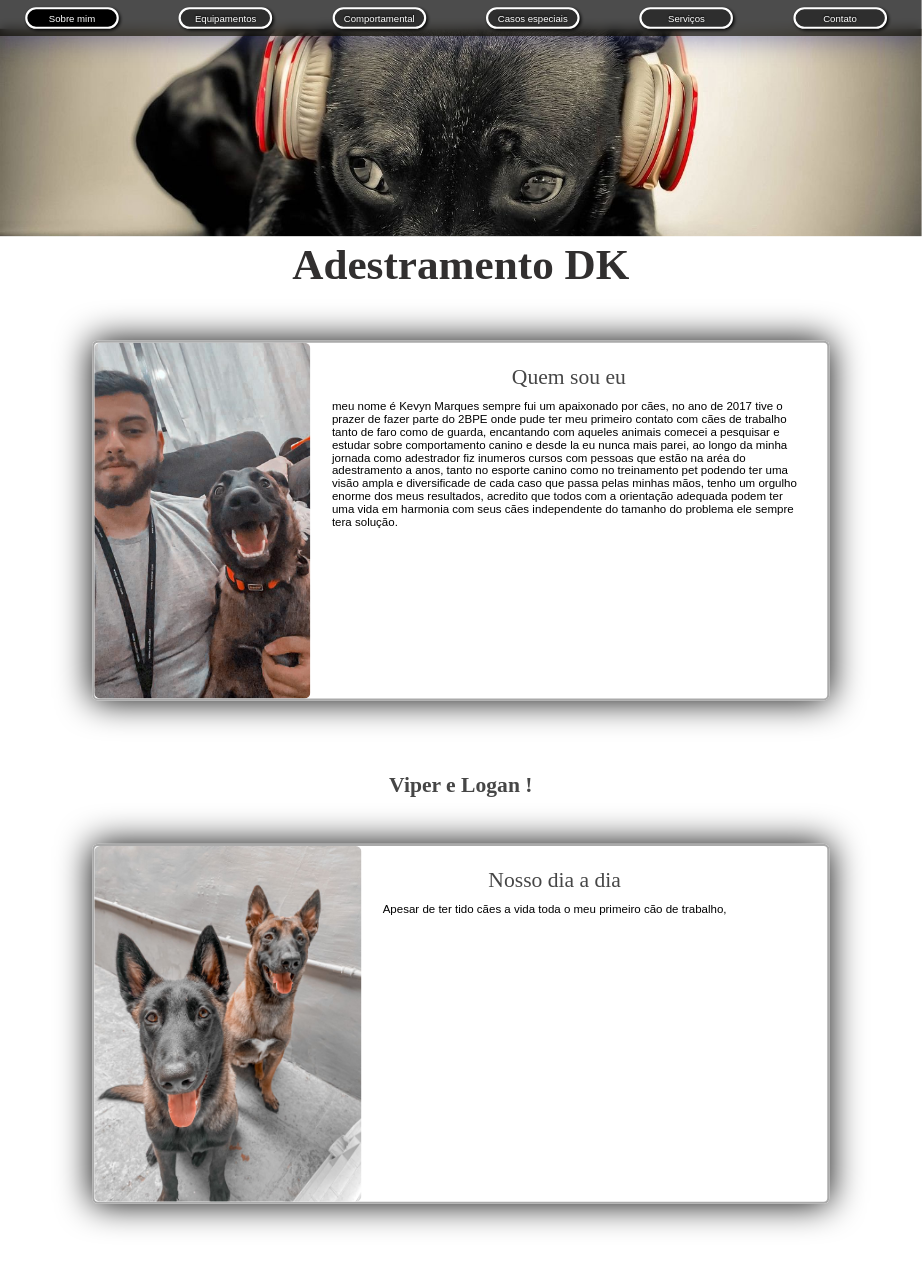
Repository: KevynMarques/Blog-React-StyledComponent
Page: /
An editor plug-in stored every save of this project. The page is shown before and after a run of saves, followed by the edit.
The browser window is 1280 px wide. The pictures show the whole page, at 72% of full size.
The project was rebuilt for these pictures with package versions that can differ from the ones it lists, and the page was loaded fresh each time. Also part of the build but not shown: src/Components/Equipamentos/index.jsx, src/Components/Comportamental/index.jsx, src/Components/Clientes/index.jsx, src/Components/Serviços/index.jsx, src/Components/Contato/index.jsx.

Above is the page before, as saved 2022-02-21 11:59:02.

After the next 2 saves:
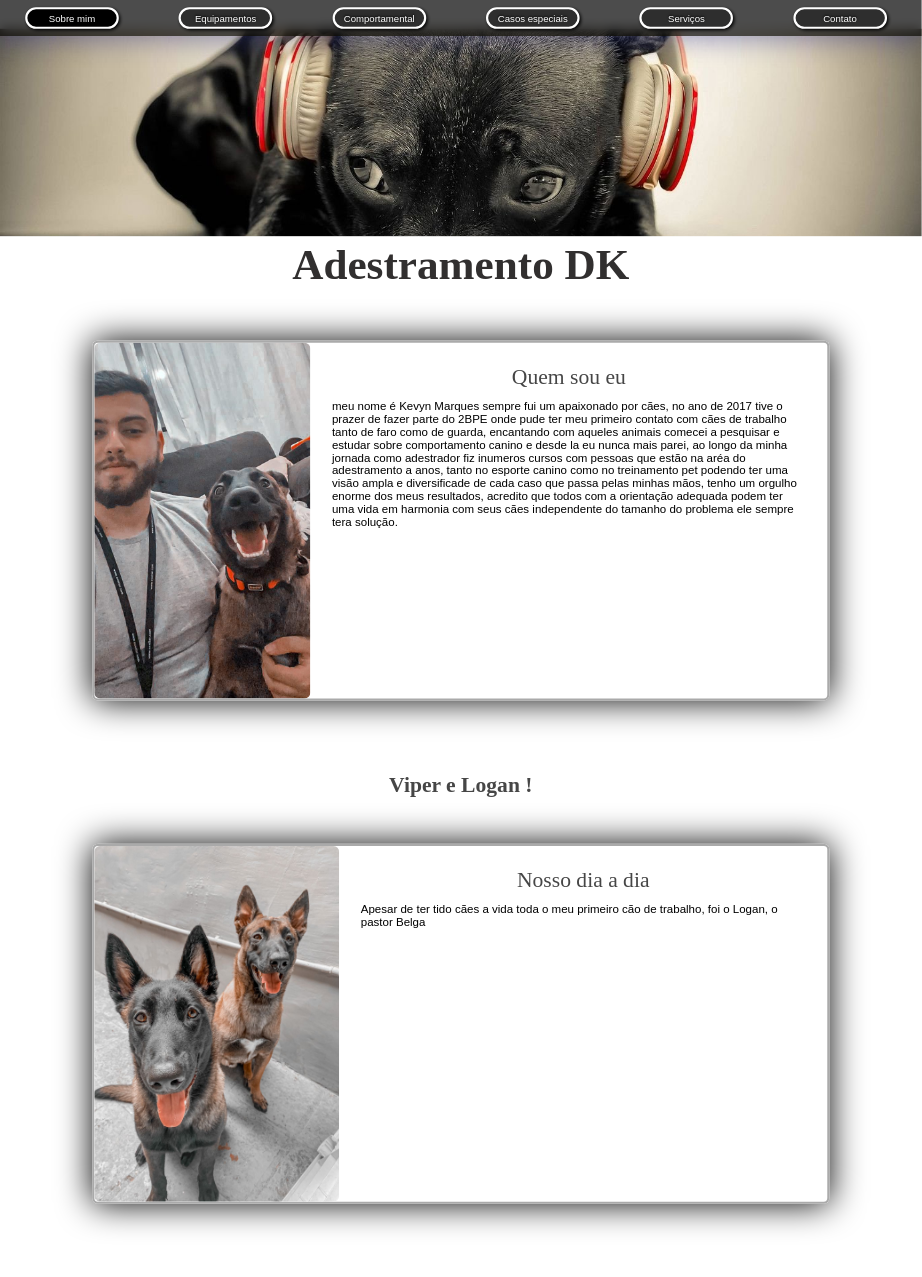
The 2 saves are shown as one change because they came seconds apart.
The last was saved 70 s later.
--- a/src/Components/Sobre/index.jsx
+++ b/src/Components/Sobre/index.jsx
@@ -42,7 +42,7 @@
        </ContainerIMG>
        <Info>
        <TitleInfo>Nosso dia a dia</TitleInfo>
-       Apesar de ter tido cães a vida toda o meu primeiro cão de trabalho,
+       Apesar de ter tido cães a vida toda o meu primeiro cão de trabalho, foi o Logan, o pastor Belga
        </Info>
       </ContainerBox>
 </>

After the save that followed:
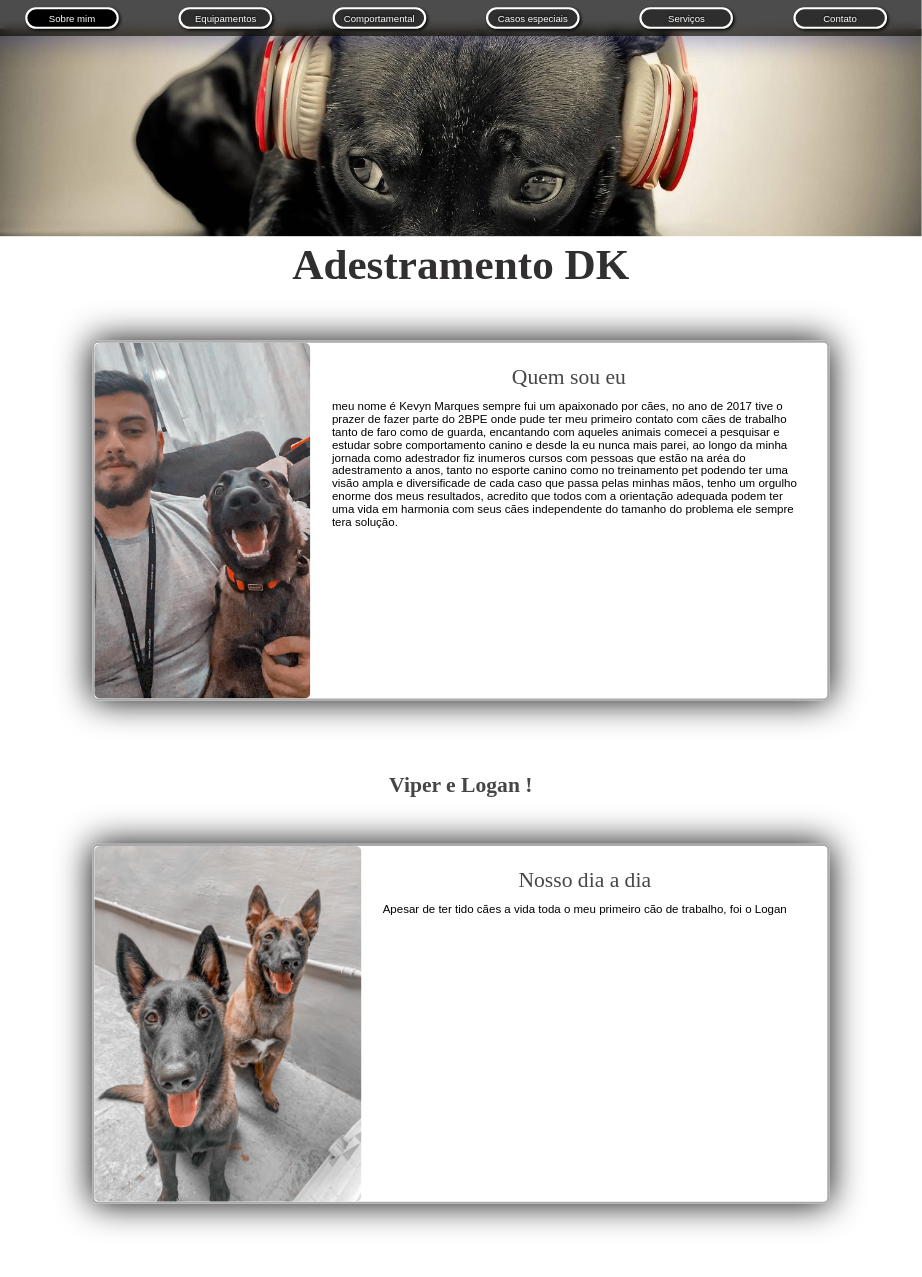
Saved 6 s later.
--- a/src/Components/Sobre/index.jsx
+++ b/src/Components/Sobre/index.jsx
@@ -42,7 +42,7 @@
        </ContainerIMG>
        <Info>
        <TitleInfo>Nosso dia a dia</TitleInfo>
-       Apesar de ter tido cães a vida toda o meu primeiro cão de trabalho, foi o Logan, o pastor Belga
+       Apesar de ter tido cães a vida toda o meu primeiro cão de trabalho, foi o Logan
        </Info>
       </ContainerBox>
 </>
